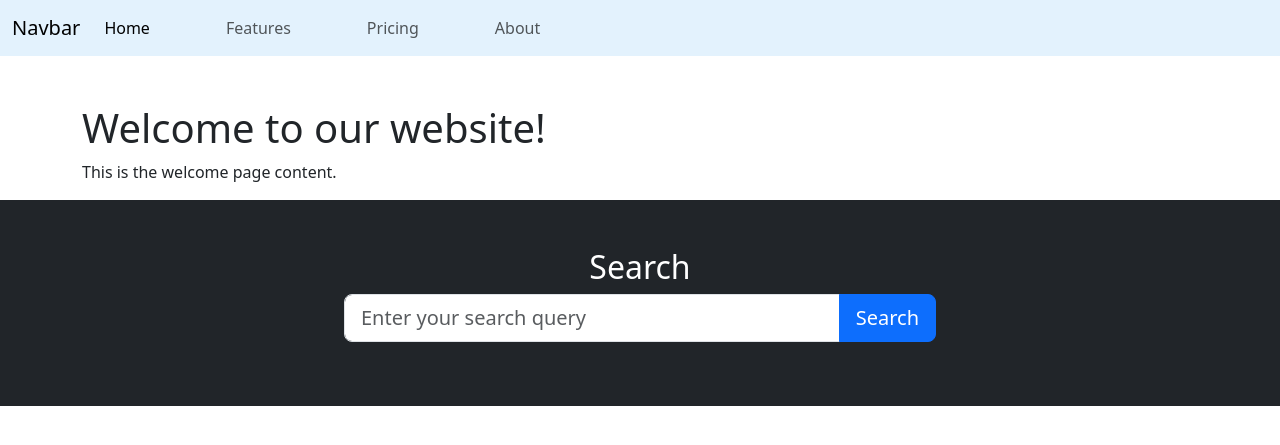
Repository: gyfffffff/meishimeike_test
Page: meishimeike/hello.html
The author's editor kept a copy of each file at every save. The page is drawn from the files as they stood at one save, then again after the next save.
The browser window is 1280 px wide. The pictures show the whole page.

Above is the page before, as saved 2023-07-13 10:40:52.

### meishimeike/hello.html
<!DOCTYPE html>
<html lang="en">

<head>
    <meta charset="UTF-8">
    <meta name="viewport" content="width=device-width, initial-scale=1.0">
    <link rel="stylesheet" href="https://cdn.jsdelivr.net/npm/bootstrap@5.3.0/dist/css/bootstrap.min.css">
    <style>
        .navbar-nav li {
            margin-right: 60px;
            /* 调整右侧间距 */
        }
    </style>

    <title>美食每刻</title>
</head>

<body>
    <nav class="navbar navbar-expand-lg" style="background-color: #e3f2fd;" data-bs-theme="light">
        <div class="container-fluid">
            <a class="navbar-brand" href="#">Navbar</a>
            <button class="navbar-toggler collapsed" type="button" data-bs-toggle="collapse" data-bs-target="#navbarColor03"
                aria-controls="navbarColor03" aria-expanded="false" aria-label="Toggle navigation">
                <span class="navbar-toggler-icon"></span>
            </button>
            <div class="navbar-collapse collapse" id="navbarColor03" style="">
                <ul class="navbar-nav me-auto mb-2 mb-lg-0">
                    <li class="nav-item">
                        <a class="nav-link active" aria-current="page" href="#">Home</a>
                    </li>
                    <li class="nav-item">
                        <a class="nav-link" href="#">Features</a>
                    </li>
                    <li class="nav-item">
                        <a class="nav-link" href="#">Pricing</a>
                    </li>
                    <li class="nav-item">
                        <a class="nav-link" href="#">About</a>
                    </li>
                </ul>
                <!-- <form class="d-flex" role="search">
                    <input class="form-control me-2" type="search" placeholder="Search" aria-label="Search">
                    <button class="btn btn-outline-primary" type="submit">Search</button>
                </form> -->
            </div>
        </div>
    </nav>

    <div class="container mt-5">
        <h1>Welcome to our website!</h1>
        <p>This is the welcome page content.</p>
    </div>

    <div class="container-fluid bg-dark text-center p-5">
        <h2 class="text-white">Search</h2>
        <div class="input-group mb-3 w-50 mx-auto">
            <input type="text" class="form-control form-control-lg" placeholder="Enter your search query">
            <button class="btn btn-primary btn-lg" type="button">Search</button>
        </div>
    </div>

    <script src="https://cdn.jsdelivr.net/npm/bootstrap@5.3.0/dist/js/bootstrap.bundle.min.js"></script>
</body>

</html>

After the next save:
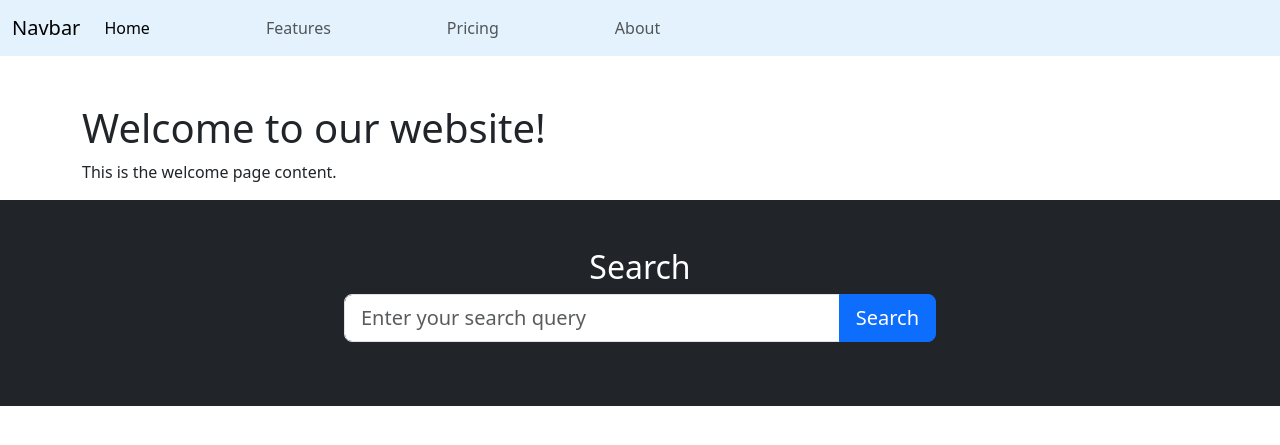
Saved 8 s later.
--- a/meishimeike/hello.html
+++ b/meishimeike/hello.html
@@ -7,7 +7,7 @@
     <link rel="stylesheet" href="https://cdn.jsdelivr.net/npm/bootstrap@5.3.0/dist/css/bootstrap.min.css">
     <style>
         .navbar-nav li {
-            margin-right: 60px;
+            margin-right: 100px;
             /* 调整右侧间距 */
         }
     </style>
